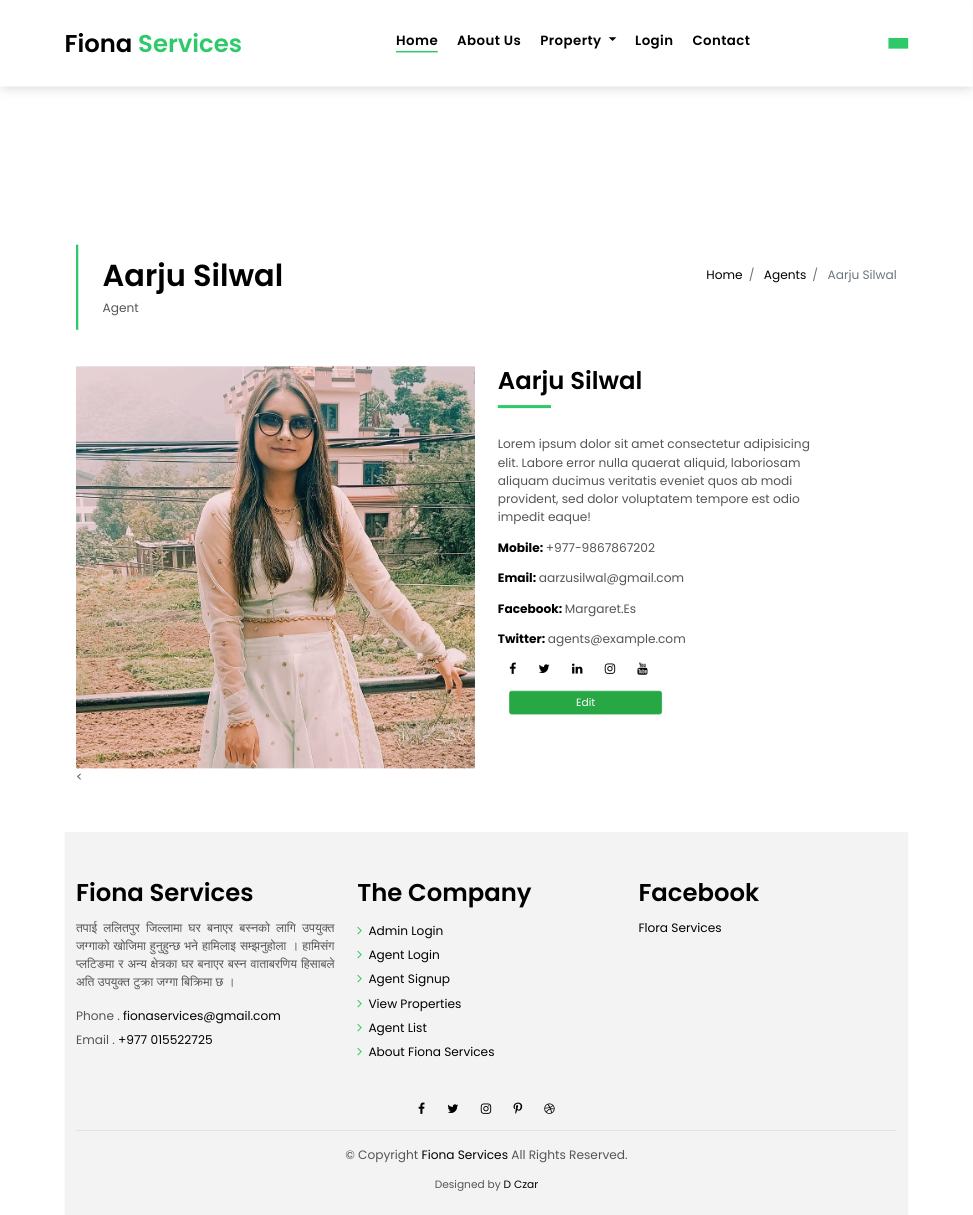
Repository: Sjuicyy/realstate
Page: profile.html
The author's editor kept a copy of each file at every save. The page is drawn from the files as they stood at one save, then again after a run of saves.
The browser window is 1280 px wide. The pictures show the whole page, at 76% of full size.

Above is the page before, as saved 2022-10-15 10:18:22.

### profile.html
<!DOCTYPE html>
<html lang="en">

<head>
    <meta charset="utf-8">
    <title>Fiona Services</title>
    <meta content="width=device-width, initial-scale=1.0" name="viewport">
    <meta content="" name="keywords">
    <meta content="" name="description">

    <!-- Favicons -->
    <link href="img/favicon.png" rel="icon">
    <link href="img/apple-touch-icon.png" rel="apple-touch-icon">

    <!-- Google Fonts -->
    <link href="https://fonts.googleapis.com/css?family=Poppins:300,400,500,600,700" rel="stylesheet">

    <!-- Bootstrap CSS File -->
    <link href="lib/bootstrap/css/bootstrap.min.css" rel="stylesheet">

    <!-- Libraries CSS Files -->
    <link href="lib/font-awesome/css/font-awesome.min.css" rel="stylesheet">
    <link href="lib/animate/animate.min.css" rel="stylesheet">
    <link href="lib/ionicons/css/ionicons.min.css" rel="stylesheet">
    <link href="lib/owlcarousel/assets/owl.carousel.min.css" rel="stylesheet">

    <!-- Main Stylesheet File -->
    <link href="css/style.css" rel="stylesheet">

    <!-- =======================================================
    Theme Name: EstateAgency
    Theme URL: https://bootstrapmade.com/real-estate-agency-bootstrap-template/
    Author: BootstrapMade.com
    License: https://bootstrapmade.com/license/
  ======================================================= -->
</head>
<div id="fb-root"></div>
<script async defer crossorigin="anonymous" src="https://connect.facebook.net/en_US/sdk.js#xfbml=1&version=v14.0"
    nonce="0jwGYLXn"></script>

<body>
    <!-- / Form Search End /-->

    <!--/ Nav Star /-->
    <nav class="navbar navbar-default navbar-trans navbar-expand-lg fixed-top">
        <div class="container">
            <button class="navbar-toggler collapsed" type="button" data-toggle="collapse" data-target="#navbarDefault"
                aria-controls="navbarDefault" aria-expanded="false" aria-label="Toggle navigation">
            </button>
            <a class="navbar-brand text-brand" href="/index.php">Fiona<span class="color-b"> Services</span></a>
            <button type="button" class="btn btn-link nav-search navbar-toggle-box-collapse d-md-none"
                data-toggle="collapse" data-target="#navbarTogglerDemo01" aria-expanded="false" title="Agent Space">

            </button>
            <div class="navbar-collapse collapse justify-content-center" id="navbarDefault">
                <ul class="navbar-nav">
                    <li class="nav-item">
                        <a class="nav-link active" href="index.php">Home</a>
                    </li>
                    <li class="nav-item">
                        <a class="nav-link" href="about.php">About Us</a>
                    </li>
                    <li class="nav-item dropdown">
                        <a class="nav-link dropdown-toggle" href="#" id="navbarDropdown" role="button"
                            data-toggle="dropdown" aria-haspopup="true" aria-expanded="false">
                            Property
                        </a>
                        <div class="dropdown-menu" aria-labelledby="navbarDropdown">
                            <a class="dropdown-item" href="property-single.php">Property Single</a>
                            <a class="dropdown-item" href="property-grid.php">Property List</a>
                        </div>
                    </li>
                    <li class="nav-item">
                        <a class="nav-link" href="Login.php">Login</a>
                    </li>
                    <li class="nav-item">
                        <a class="nav-link" href="contact.php">Contact</a>
                    </li>
                </ul>
            </div>
            <button type="button" class="btn btn-b-n navbar-toggle-box-collapse d-none d-md-block"
                data-toggle="collapse" data-target="#navbarTogglerDemo01" aria-expanded="false" title="Agent Space">
            </button>
        </div>
    </nav>
    <!--/ Nav End /-->
    <div class="container" style="margin-top:130px;">
        <!-- ======= Intro Single ======= -->
        <section class="intro-single">
            <div class="container">
                <div class="row">
                    <div class="col-md-12 col-lg-8">
                        <div class="title-single-box">
                            <h1 class="title-single">Aarju Silwal</h1>
                            <span class="color-text-a">Agent </span>
                        </div>
                    </div>
                    <div class="col-md-12 col-lg-4">
                        <nav aria-label="breadcrumb" class="breadcrumb-box d-flex justify-content-lg-end">
                            <ol class="breadcrumb">
                                <li class="breadcrumb-item">
                                    <a href="#">Home</a>
                                </li>
                                <li class="breadcrumb-item">
                                    <a href="#">Agents</a>
                                </li>
                                <li class="breadcrumb-item active" aria-current="page">
                                    Aarju Silwal
                                </li>
                            </ol>
                        </nav>
                    </div>
                </div>
            </div>
        </section><!-- End Intro Single -->

        <!-- ======= Agent Single ======= -->
        <section class="agent-single">
            <div class="container">
                <div class="row">
                    <div class="col-sm-12">
                        <div class="row">
                            <div class="col-md-6">
                                <div class="agent-avatar-box">
                                    <img src="./img/aarju miss.jpg" alt="" class="agent-avatar img-fluid">
                                </div>
                            </div>
                            <div class="col-md-5 section-md-t3">
                                <div class="agent-info-box">
                                    <div class="agent-title">
                                        <div class="title-box-d">
                                            <h3 class="title-d">Aarju Silwal
                                            </h3>
                                        </div>
                                    </div>
                                    <div class="agent-content mb-3">
                                        <p class="content-d color-text-a">
                                            Lorem ipsum dolor sit amet consectetur adipisicing elit. Labore error
                                            nulla quaerat aliquid, laboriosam aliquam ducimus veritatis eveniet quos
                                            ab modi provident, sed dolor voluptatem tempore est odio impedit eaque!
                                        </p>
                                        <div class="info-agents color-a">
                                            <strong>Mobile: </strong>
                                            <span class="color-text-a"> +977-9867867202 </span>
                                            </p>
                                            <p>
                                                <strong>Email: </strong>
                                                <span class="color-text-a"> aarzusilwal@gmail.com</span>
                                            </p>
                                            <p>
                                                <strong>Facebook: </strong>
                                                <span class="color-text-a"> Margaret.Es</span>
                                            </p>
                                            <p>
                                                <strong>Twitter: </strong>
                                                <span class="color-text-a"> agents@example.com</span>
                                            </p>
                                        </div>
                                    </div>
                                    <div class="col-md-12">

                                        <div class="socials-a">
                                            <ul class="list-inline">
                                                <li class="list-inline-item">
                                                    <a href="#">
                                                        <i class="fa fa-facebook" aria-hidden="true"></i>
                                                    </a>
                                                </li>
                                                <li class="list-inline-item">
                                                    <a href="#">
                                                        <i class="fa fa-twitter" aria-hidden="true"></i>
                                                    </a>
                                                </li>
                                                <li class="list-inline-item">
                                                    <a href="#">
                                                        <i class="fa fa-linkedin" aria-hidden="true"></i>
                                                    </a>
                                                </li>
                                                <li class="list-inline-item">
                                                    <a href="#">
                                                        <i class="fa fa-instagram" aria-hidden="true"></i>
                                                    </a>
                                                </li>
                                                <li class="list-inline-item">
                                                    <a href="#">
                                                        <i class="fa fa-youtube" aria-hidden="true"></i>
                                                    </a>
                                                </li>
                                            </ul>
                                        </div>
                                    </div>
                                    <div class="col-md-12">
                                        <a href="./Add-Property.html">
                                            <div class="btn btn-sm btn-success w-50">Edit</div>
                                        </a>
                                    </div>
                                </div>
                            </div>
                        </div>
                    </div>

                </div>



<

            </div>














                <!--/ footer Star /-->
                <section class="section-footer">
                    <div class="container">
                        <div class="row">
                            <div class="col-sm-12 col-md-4">
                                <div class="widget-a">
                                    <div class="w-header-a">
                                        <h3 class="w-title-a text-brand">Fiona Services</h3>
                                    </div>
                                    <div class="w-body-a">
                                        <p class="w-text-a color-text-a" align="justify">
                                            तपाई ललितपुर जिल्लामा घर बनाएर बस्नको लागि उपयुक्त जग्गाको खोजिमा
                                            हुनुहुन्छ भने
                                            हामिलाइ सम्झनुहोला ।
                                            हामिसंग प्लटिङमा र अन्य क्षेत्रका घर बनाएर बस्न वाताबरणिय हिसाबले अति
                                            उपयुक्त
                                            टुक्रा जग्गा बिक्रिमा छ
                                            ।
                                        </p>
                                    </div>
                                    <div class="w-footer-a">
                                        <ul class="list-unstyled">
                                            <li class="color-a">
                                                <span class="color-text-a">Phone .</span> fionaservices@gmail.com
                                            </li>
                                            <li class="color-a">
                                                <span class="color-text-a">Email .</span> +977 015522725
                                            </li>
                                        </ul>
                                    </div>
                                </div>
                            </div>
                            <div class="col-sm-12 col-md-4 section-md-t3">
                                <div class="widget-a">
                                    <div class="w-header-a">
                                        <h3 class="w-title-a text-brand">The Company</h3>
                                    </div>
                                    <div class="w-body-a">
                                        <div class="w-body-a">
                                            <ul class="list-unstyled">
                                                <li class="item-list-a">
                                                    <i class="fa fa-angle-right"></i> <a href="#">Admin Login</a>
                                                </li>
                                                <li class="item-list-a">
                                                    <i class="fa fa-angle-right"></i> <a href="#">Agent Login</a>
                                                </li>
                                                <li class="item-list-a">
                                                    <i class="fa fa-angle-right"></i> <a href="#">Agent Signup</a>
                                                </li>
                                                <li class="item-list-a">
                                                    <i class="fa fa-angle-right"></i> <a href="#">View
                                                        Properties</a>
                                                </li>
                                                <li class="item-list-a">
                                                    <i class="fa fa-angle-right"></i> <a href="#">Agent List</a>
                                                </li>
                                                <li class="item-list-a">
                                                    <i class="fa fa-angle-right"></i> <a href="#">About Fiona
                                                        Services</a>
                                                </li>
                                            </ul>
                                        </div>
                                    </div>
                                </div>
                            </div>
                            <div class="col-sm-12 col-md-4 section-md-t3">
                                <div class="widget-a">
                                    <div class="w-header-a">
                                        <h3 class="w-title-a text-brand">Facebook</h3>
                                    </div>
                                    <div class="w-body-a">
                                        <div class="fb-page" data-href="https://www.facebook.com/floraservices2070"
                                            data-tabs="timeline" data-width="" data-height="110"
                                            data-small-header="false" data-adapt-container-width="true"
                                            data-hide-cover="false" data-show-facepile="false">
                                            <blockquote cite="https://www.facebook.com/floraservices2070"
                                                class="fb-xfbml-parse-ignore"><a
                                                    href="https://www.facebook.com/floraservices2070">Flora
                                                    Services</a>
                                            </blockquote>
                                        </div>
                                    </div>
                                </div>
                            </div>
                        </div>
                    </div>
                </section>
                <footer>
                    <div class="container">
                        <div class="row">
                            <div class="col-md-12">

                                <div class="socials-a">
                                    <ul class="list-inline">
                                        <li class="list-inline-item">
                                            <a href="#">
                                                <i class="fa fa-facebook" aria-hidden="true"></i>
                                            </a>
                                        </li>
                                        <li class="list-inline-item">
                                            <a href="#">
                                                <i class="fa fa-twitter" aria-hidden="true"></i>
                                            </a>
                                        </li>
                                        <li class="list-inline-item">
                                            <a href="#">
                                                <i class="fa fa-instagram" aria-hidden="true"></i>
                                            </a>
                                        </li>
                                        <li class="list-inline-item">
                                            <a href="#">
                                                <i class="fa fa-pinterest-p" aria-hidden="true"></i>
                                            </a>
                                        </li>
                                        <li class="list-inline-item">
                                            <a href="#">
                                                <i class="fa fa-dribbble" aria-hidden="true"></i>
                                            </a>
                                        </li>
                                    </ul>
                                </div>
                                <div class="copyright-footer">
                                    <p class="copyright color-text-a">
                                        &copy; Copyright
                                        <span class="color-a">Fiona Services</span> All Rights Reserved.
                                    </p>
                                </div>
                                <div class="credits">

                                    Designed by <a href="https://pritambajagain.com.np/">D Czar</a>
                                </div>
                            </div>
                        </div>
                    </div>
                </footer>
                <!--/ Footer End /-->

                <a href="#" class="back-to-top"><i class="fa fa-chevron-up"></i></a>
                <div id="preloader"></div>

                <!-- JavaScript Libraries -->
                <script>
                    function readURL(input) {
                        if (input.files && input.files[0]) {
                            var reader = new FileReader();

                            reader.onload = function (e) {
                                $('#blah')
                                    .attr('src', e.target.result);
                            };

                            reader.readAsDataURL(input.files[0]);
                        }
                    }
                </script>
                <script src="lib/jquery/jquery.min.js"></script>
                <script src="lib/jquery/jquery-migrate.min.js"></script>
                <script src="lib/popper/popper.min.js"></script>
                <script src="lib/bootstrap/js/bootstrap.min.js"></script>
                <script src="lib/easing/easing.min.js"></script>
                <script src="lib/owlcarousel/owl.carousel.min.js"></script>
                <script src="lib/scrollreveal/scrollreveal.min.js"></script>
                <!-- Contact Form JavaScript File -->
                <script src="contactform/contactform.js"></script>

                <!-- Template Main Javascript File -->
                <script src="js/main.js"></script>

</body>

</html>

Loaded but not shown: lib/bootstrap/css/bootstrap.min.css (library); lib/font-awesome/css/font-awesome.min.css (library); lib/animate/animate.min.css (library); lib/ionicons/css/ionicons.min.css (library); lib/owlcarousel/assets/owl.carousel.min.css (library); lib/jquery/jquery.min.js (library); lib/jquery/jquery-migrate.min.js (library); lib/popper/popper.min.js (library); lib/bootstrap/js/bootstrap.min.js (library); lib/easing/easing.min.js (common file); lib/owlcarousel/owl.carousel.min.js (library); lib/scrollreveal/scrollreveal.min.js (library); js/main.js (150 lines, source omitted); contactform/contactform.js (118 lines, source omitted); css/style.css (2025 lines, source omitted)

After the next 2 saves:
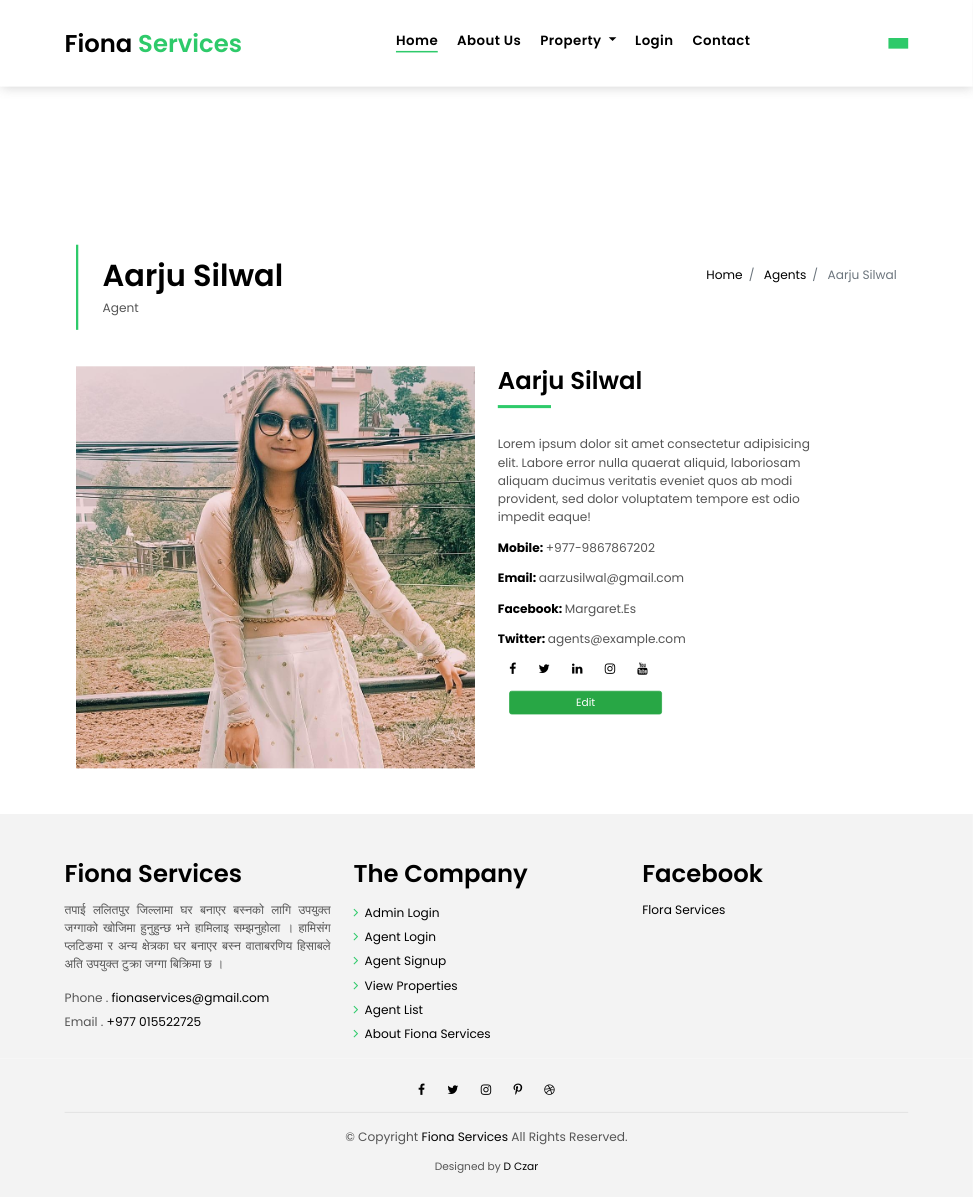
The 2 saves are shown as one change because they came seconds apart.
The last was saved 9 s later.
--- a/profile.html
+++ b/profile.html
@@ -203,7 +203,7 @@
 
 
 
-<
+            </section>
 
             </div>
 
